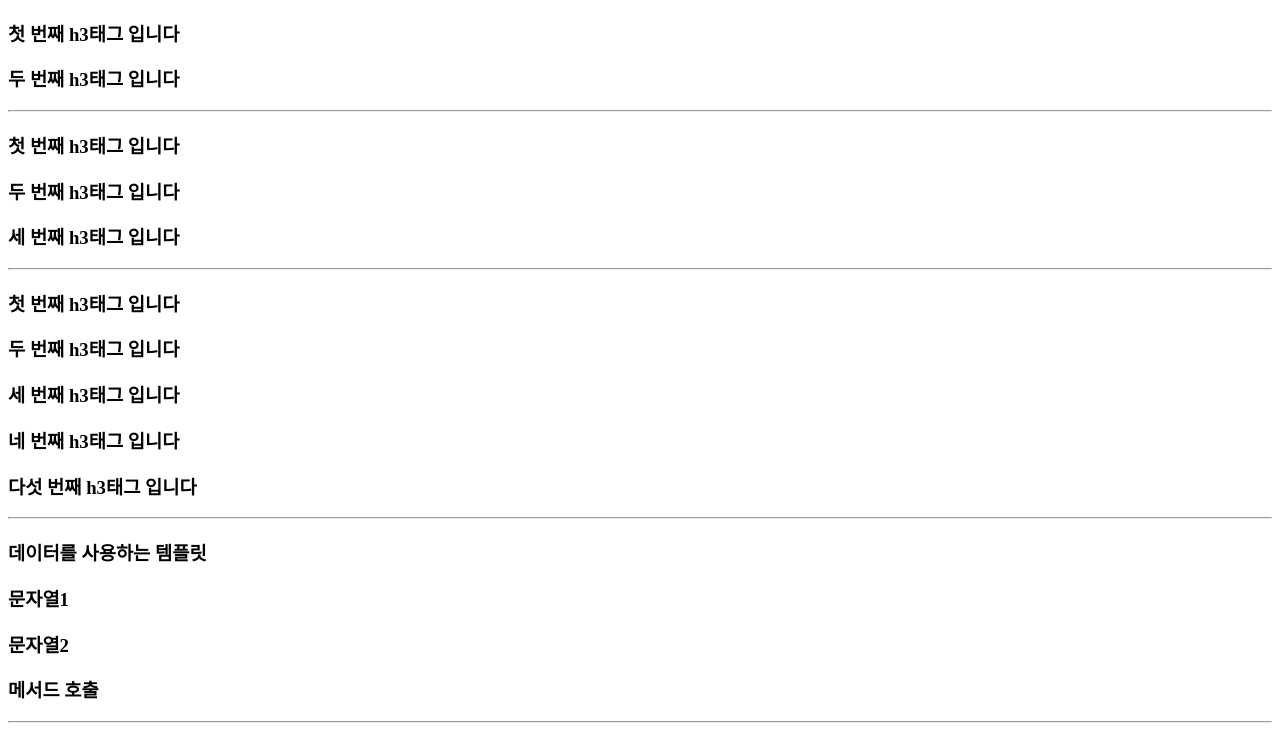
Repository: HyoJun00/Vue_JS
Page: Component/src/main/webapp/index.html
These files come from the project's save history. The page is drawn as it stood at one moment and after the next save; the edit follows.
The browser window is 1280 px wide. The pictures show the whole page.

Above is the page before, as saved 2025-07-15 06:06:33.

### Component/src/main/webapp/index.html
<!DOCTYPE html>
<html>
<head>
<meta charset="UTF-8">
<title>Insert title here</title>
<script src="https://cdn.jsdelivr.net/npm/vue@2"></script>
<script>
	Vue.component('component1', {
		template : '<div>'
				 + '<h3>첫 번째 h3태그 입니다</h3>'
				 + '<h3>두 번째 h3태그 입니다</h3>'
				 + '</div>'
	})

	Vue.component('component2', {
		template : '<h3>세 번째 h3태그 입니다</h3>'
	})

	Vue.component('data_component', {
		template : '<div>'
				 + '<h3>데이터를 사용하는 템플릿</h3>'
				 + '<h3>{{a1}}</h3>'
				 + '<h3>{{a2}}</h3>'
				 + '<h3>{{test_method1()}}</h3>'
				 + '</div>',
		data : function(){
			rtn_obj = {
					a1 : '문자열1',
					a2 : '문자열2'
			}
			return rtn_obj
		},
		methods : {
			test_method1 : function(){
				return '메서드 호출'
			}
		}

	})

	window.onload = function(){
		var test1 = new Vue({
			el : '#test1'
		})

		var test2 = new Vue({
			el : '#test2'
		})

		var test3 = new Vue({
			el : '#test3',
			components : {
				'component3' : {
					template : '<h3>네 번째 h3태그 입니다</h3>'
				},
				'component4' : {
					template : '<h3>다섯 번째 h3태그 입니다</h3>'
				}
			}
		})

		var test4 = new Vue({
			el : '#test4'
		})

		var test5 = new Vue({
			el : '#test5',
			components : {
				'component5' : {
					template : '<h3>여섯 번째 h3태그 입니다</h3>'
				},
				'component6' : {
					template : '<h3>일곱 번째 h3태그 입니다</h3>'
				}
			},
			data : {
				view1 : 'component5',
				view2 : 'component6'
			}
		})
	}
</script>
</head>
<body>
	<div id="test1">
		<component1></component1>
	</div>
	<hr/>
	<div id="test2">
		<component1></component1>
		<component2></component2>
		<!-- <component3></component3> -->
	</div>
	<hr/>
	<div id="test3">
		<component1></component1>
		<component2></component2>
		<component3></component3>
		<component4></component4>
	</div>
	<hr/>
	<div id="test4">
		<data_component></data_component>
	</div>
	<hr/>
	<div id="test5">
	<!-- <component5></component5>
		<component6></component6>
		<component v-bind:is='view1'></component>
		<component v-bind:is='view2'></component>
		-->
	</div>
</body>
</html>

After the next save:
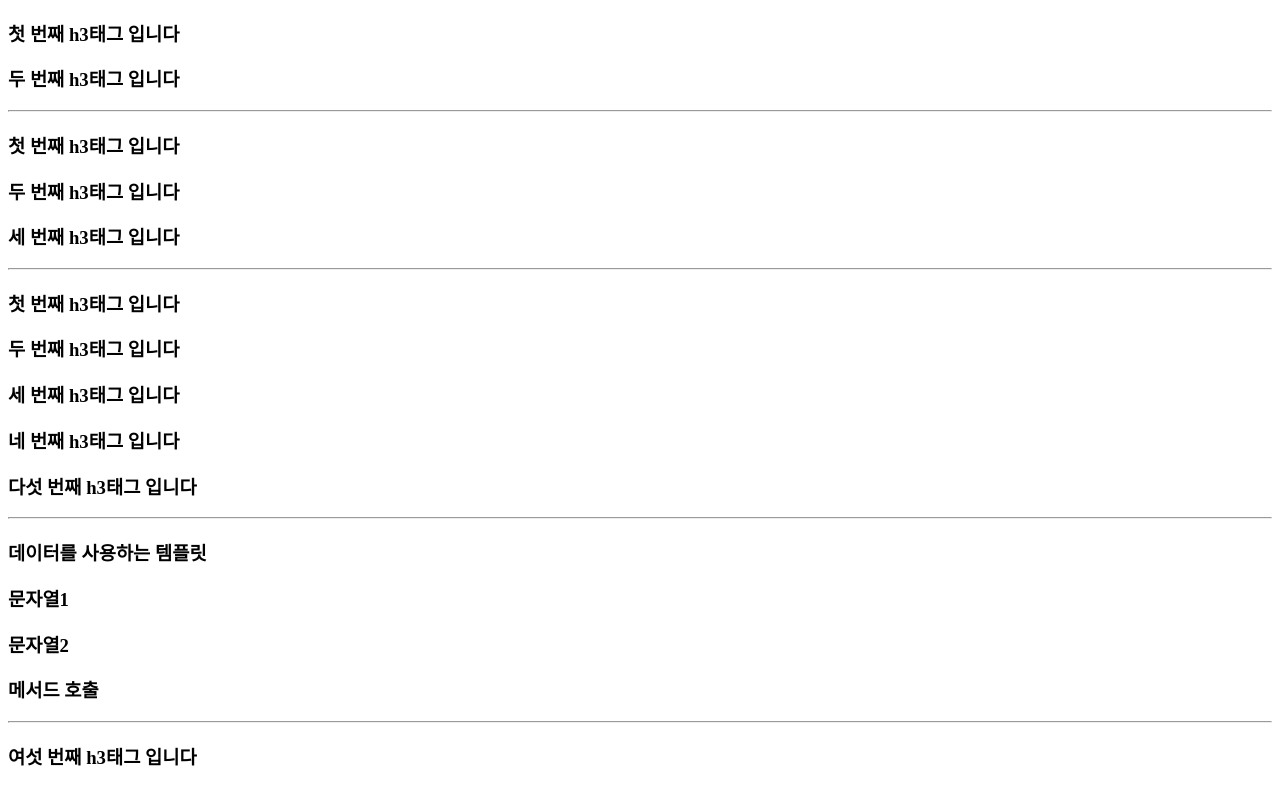
Saved 18 s later.
--- a/Component/src/main/webapp/index.html
+++ b/Component/src/main/webapp/index.html
@@ -109,6 +109,7 @@
 		<component v-bind:is='view1'></component>
 		<component v-bind:is='view2'></component>
 		-->
+		<component v-bind:is='view1'></component>
 	</div>
 </body>
 </html>

After the save that followed:
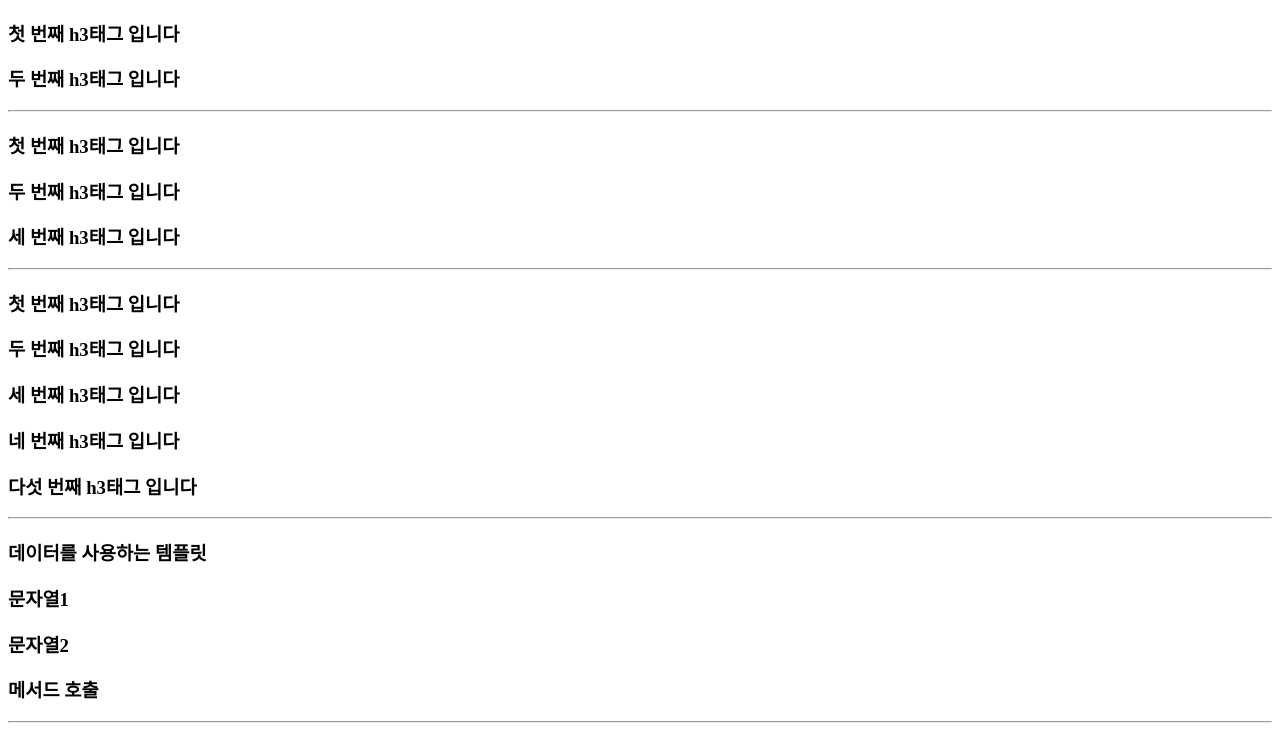
Saved 21 s later.
--- a/Component/src/main/webapp/index.html
+++ b/Component/src/main/webapp/index.html
@@ -73,10 +73,10 @@
 					template : '<h3>일곱 번째 h3태그 입니다</h3>'
 				}
 			},
-			data : {
+			/*data : {
 				view1 : 'component5',
 				view2 : 'component6'
-			}
+			}*/
 		})
 	}
 </script>
